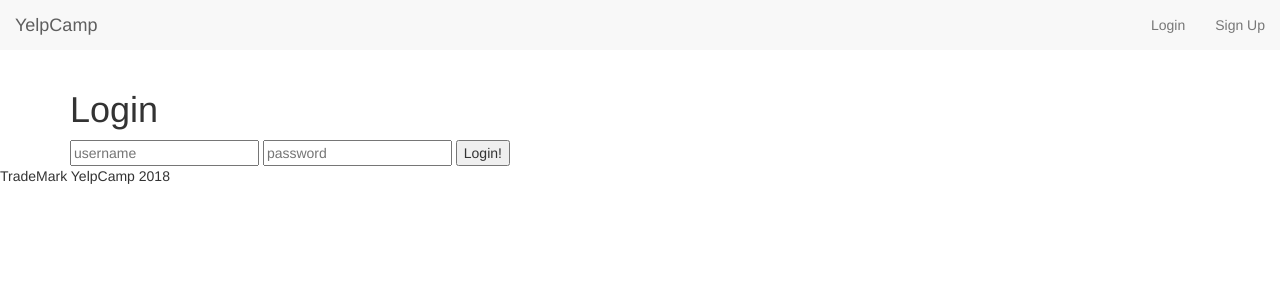
Repository: Kushagrakmr/c9backup
Page: http://localhost/login
The author's editor kept a record of every edit. The page is drawn from the files as they stood at one moment, then again after the next edit.
The browser window is 1280 px wide. The pictures show the whole page.
The page is served by the project's Node server (YelpCamp/v12/app.js). Other server files are loaded and not shown.

Above is the page before.

### YelpCamp/v12/views/login.ejs
<% include ./partials/header %>

<div class = "container">
    <h1>Login</h1>
    <form action = "/login" method = "POST">
        <div class = "form-type">

        </div>
        <div class = "form-type">

        </div>
        <div class = "form-type">

        </div>
        <input type = "text" name = "username" placeholder = "username">
        <input type = "password" name = "password" placeholder = "password">
        <input type= "submit" value = "Login!">
    </form>
</div>

<% include ./partials/footer %>

### YelpCamp/v12/views/partials/header.ejs
<!DOCTYPE html>
<html>
    <head>
        <title>Yelp Camp</title>
        <link rel="stylesheet" href= "https://stackpath.bootstrapcdn.com/bootstrap/3.3.5/css/bootstrap.min.css">
        <link rel = "stylesheet" href = "/stylesheets/main.css">
    </head>
    <body>

<div id = "navbar_margin">
    <nav class="nav navbar-default">
     <div class = "conatainer-fluid">
         <div class-"navbar-header">
             <a class= "navbar-brand" href= "/">YelpCamp</a>
         </div>
         <div class="collapse navbar-collapse">
             <ul class = " nav navbar-nav navbar-right">
                    <% if(!currentUser) { %>
                        <li><a href="/login">Login</a></li>
                        <li><a href="/register">Sign Up</a></li>
                     <% } else { %>
                        <li><a href="#">Signed in as <%= currentUser.username %></a></li>
                        <li><a href="/logout">Logout</a></li>
                     <% } %>
             </ul>
         </div>
     </div>
    </nav>
</div>


<div class = "container">
    <% if(error  && error.length > 0) { %>
        <div class = "alert alert-danger" role = "alert">
            <h5><%= error %></h5>
        </div>
    <% } %>

    <% if(success  && success.length > 0) { %>
        <div class = "alert alert-success" role = "alert">
            <h5><%= success %></h5>
        </div>
    <% } %>
</div>

### YelpCamp/v12/views/partials/footer.ejs
       <p> TradeMark YelpCamp 2018</p>
    </body>
</html>

### YelpCamp/v12/app.js
var express       = require("express"),
     app          = express(),
    bodyParser    = require("body-parser"),
    flash         = require("connect-flash"),
    mongoose      = require("mongoose"),
    passport      = require("passport"),
    LocalStrategy = require("passport-local"),
    Campground    = require("./models/campgrounds"),
    methodOverride= require("method-override"),
    Comment       = require("./models/comment"),
    User          = require("./models/user"),
    seedDB        = require("./seeds")

var commentRoutes     = require("./routes/comments"),
    campgroundRoutes  = require("./routes/campgrounds"),
    indexRoutes        = require("./routes/index");

mongoose.connect("mongodb://localhost:27017/yelp_camp_v11", {useNewUrlParser : true});
app.use(bodyParser.urlencoded({extended : true}));
app.set("view engine", "ejs");
app.use(express.static(__dirname + "/public"));
app.use(methodOverride("_method"));
app.use(flash())
//seedDB();

//PASSPORT CONFIGUARTION
app.use(require("express-session")({
    secret : "Rusty is the best and cutest dog!",
    resave: false,
    saveUninitialized : false
}));
app.use(passport.initialize());
app.use(passport.session());
passport.use(new LocalStrategy(User.authenticate()));
passport.serializeUser(User.serializeUser());
passport.deserializeUser(User.deserializeUser());


app.use(function(request, response, next){
    response.locals.currentUser = request.user;
    response.locals.error       = request.flash("error");
    response.locals.success     = request.flash("success");
    next();
});


app.use(indexRoutes);
app.use(commentRoutes);
app.use(campgroundRoutes);

app.listen(3000, function(){
    console.log("The Yelp Camp Server Has Started");
});

### YelpCamp/v12/routes/index.js
 var express = require("express");
var router  = express.Router();
var passport = require("passport");
var User    = require("../models/user");



router.get("/",function(request, response){
    response.render("landing");
});


//======================
//AUTHENTICATION ROUTES
//======================


//show register form
router.get("/register",function(request, response) {
    response.render("register");
});

//handle signUp logic
router.post("/register", function(request, response) {
    var newUser = new User({username: request.body.username});
    User.register(newUser, request.body.password, function(error, user){
        if(error) {
            request.flash("error", error.message);
            return response.redirect("/register");
        }
        passport.authenticate("local")(request, response, function(){
            request.flash("error", "You need to be logged in to do that");
            request.flash("success", "Welcome to YelpCamp " + user.username);
            response.redirect("/campgrounds");
        });
    });
});


//show login form
router.get("/login", function(request, response) {
    response.render("login");
});

router.post("/login", passport.authenticate("local",
    {
        successRedirect : "/campgrounds",
        failureRedirect : "/login"
    }),function(request, response) {
});

//logout route
router.get("/logout", function(request, response) {
    request.logout();
    request.flash("success", "Logged You Out!")
    response.redirect("/campgrounds");
});

module.exports = router;

### YelpCamp/v12/public/stylesheets/main.css
.thumbnail img {
    width: 100%;
}

.thumbnail {
    padding: 0;
}

.thumbnail .caption-full{
    padding: 9px;
}

.delete-form {
    display: inline;
}

#navbar_margin {
    margin-bottom: 20px;
}

After the next edit:
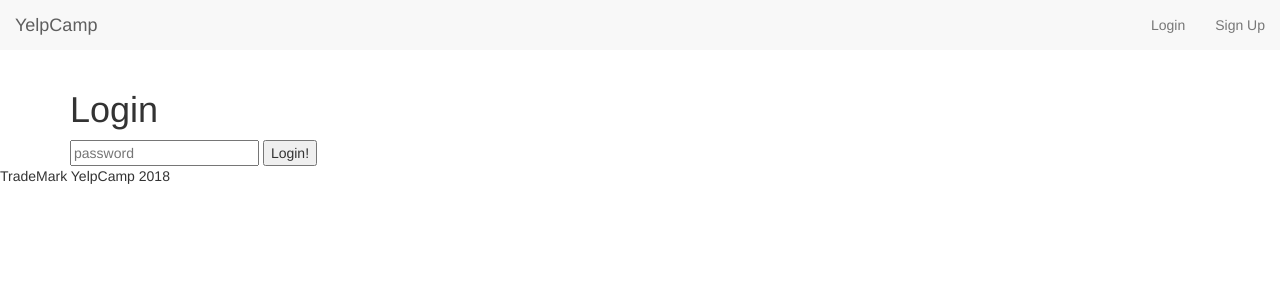
The edit:
--- a/YelpCamp/v12/views/login.ejs
+++ b/YelpCamp/v12/views/login.ejs
@@ -12,7 +12,6 @@
         <div class = "form-type">
 
         </div>
-        <input type = "text" name = "username" placeholder = "username">
         <input type = "password" name = "password" placeholder = "password">
         <input type= "submit" value = "Login!">
     </form>
